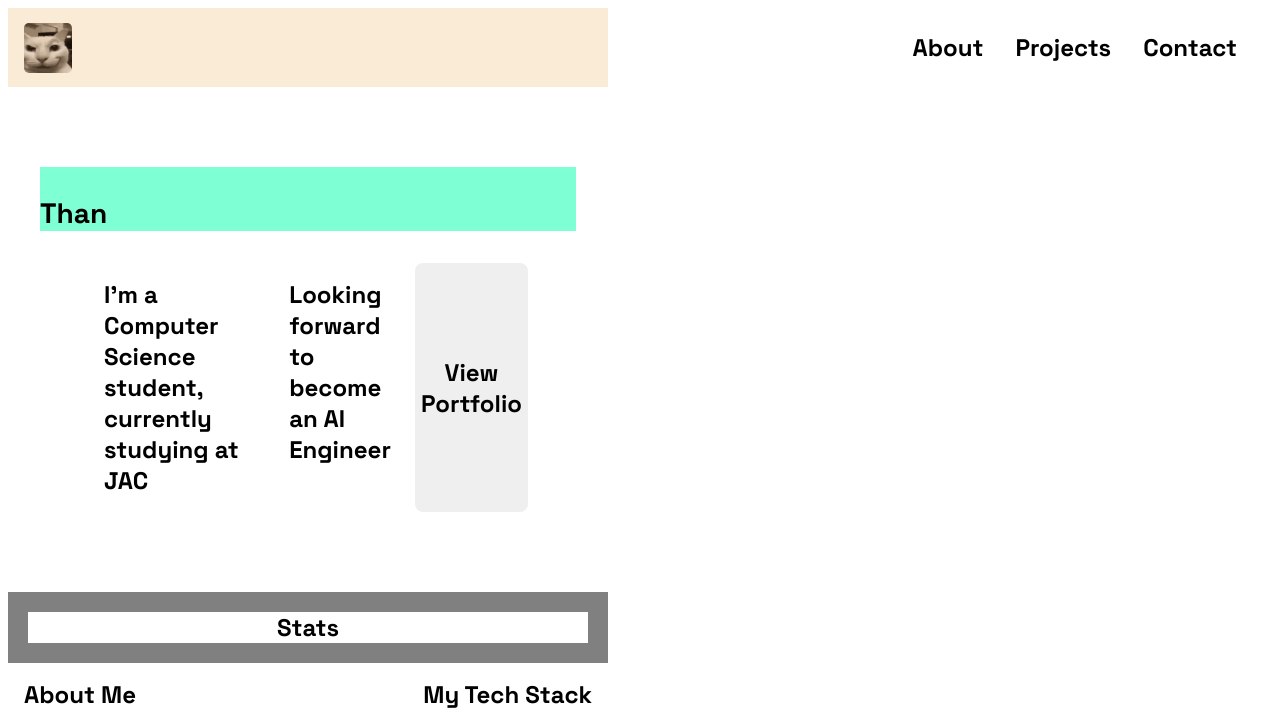
Repository: Than-dot/Than-dot
Page: index.html
The author's editor kept a copy of each file at every save. The page is drawn from the files as they stood at one save, then again after a run of saves.
The browser window is 1280 px wide. The pictures show the whole page.

Above is the page before, as saved 2026-05-06 12:21:33.

After the next 2 saves:
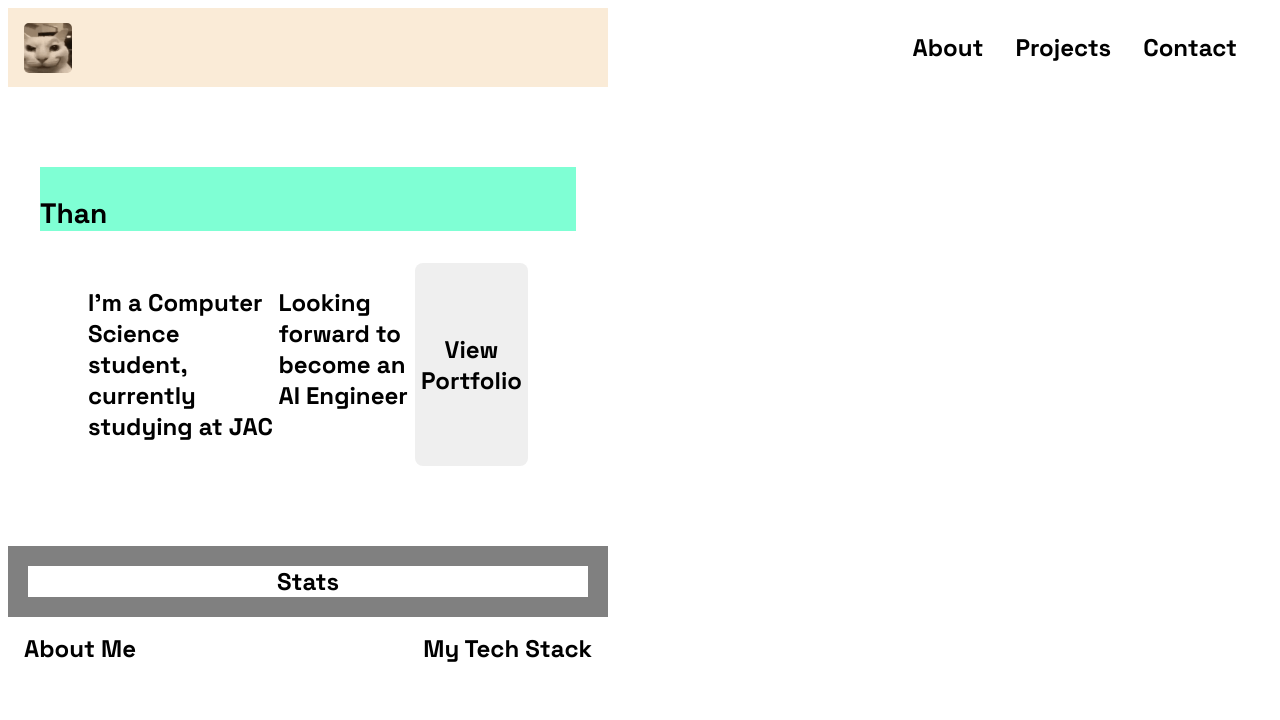
The 2 saves are shown as one change because they came seconds apart.
The last was saved 8 s later.
--- a/styles/index.css
+++ b/styles/index.css
@@ -20,13 +20,11 @@ header {
 .f-asi {
   display: grid;
   margin: 1rem;
-  margin-left: 1rem;
   margin-top: 0;
   justify-content: space-between;
 }
 
 p {
-  margin: 1rem;
 }
 
 .stats {
